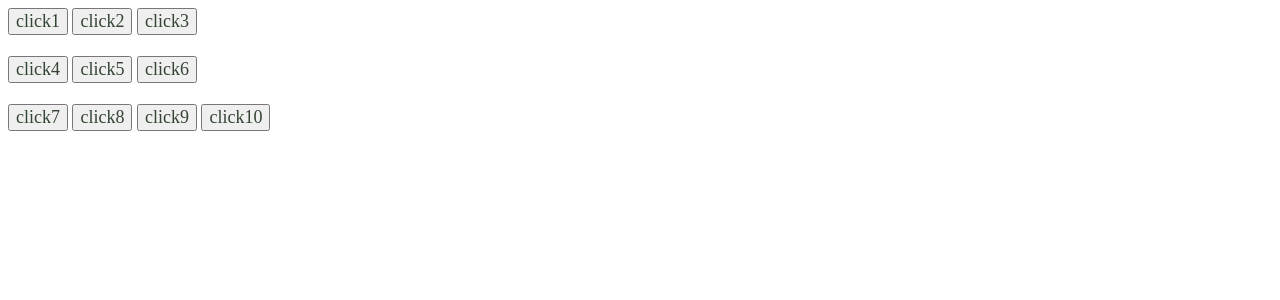
Repository: youngsik0405/Web-study
Page: JsonApp/WebContent/JsonTest07.html
An editor plug-in stored every save of this project. The page is shown before and after the next save, followed by the edit.
The browser window is 1280 px wide. The pictures show the whole page.

Above is the page before, as saved 2025-02-05 02:40:22.

After the next save:
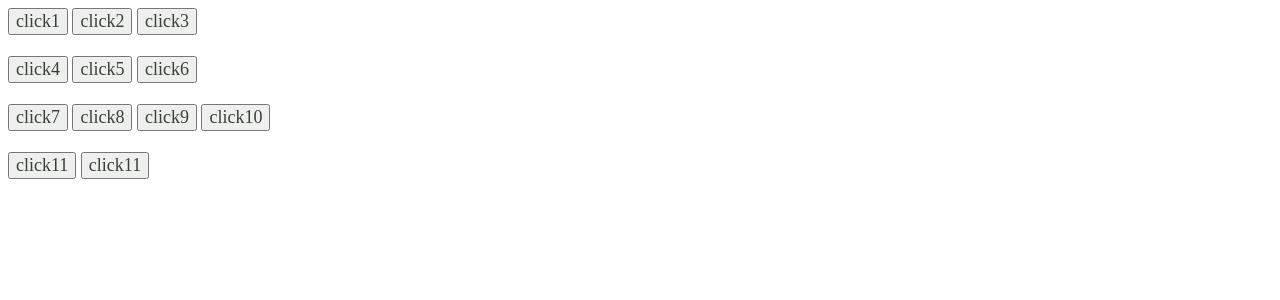
Saved 2 min 46 s later.
--- a/JsonApp/WebContent/JsonTest07.html
+++ b/JsonApp/WebContent/JsonTest07.html
@@ -69,6 +69,12 @@
 
 	<br><br>
 
+
+	<input type="button" value="click11"
+		onclick="alert(myJsonObject7_1[0] + myJsonObject7_1[1])">
+	<input type="button" value="click11"
+		onclick="alert(typeof (myJsonObject7_1[0] + myJsonObject7_1[1]))">
+
 </form>
 
 
